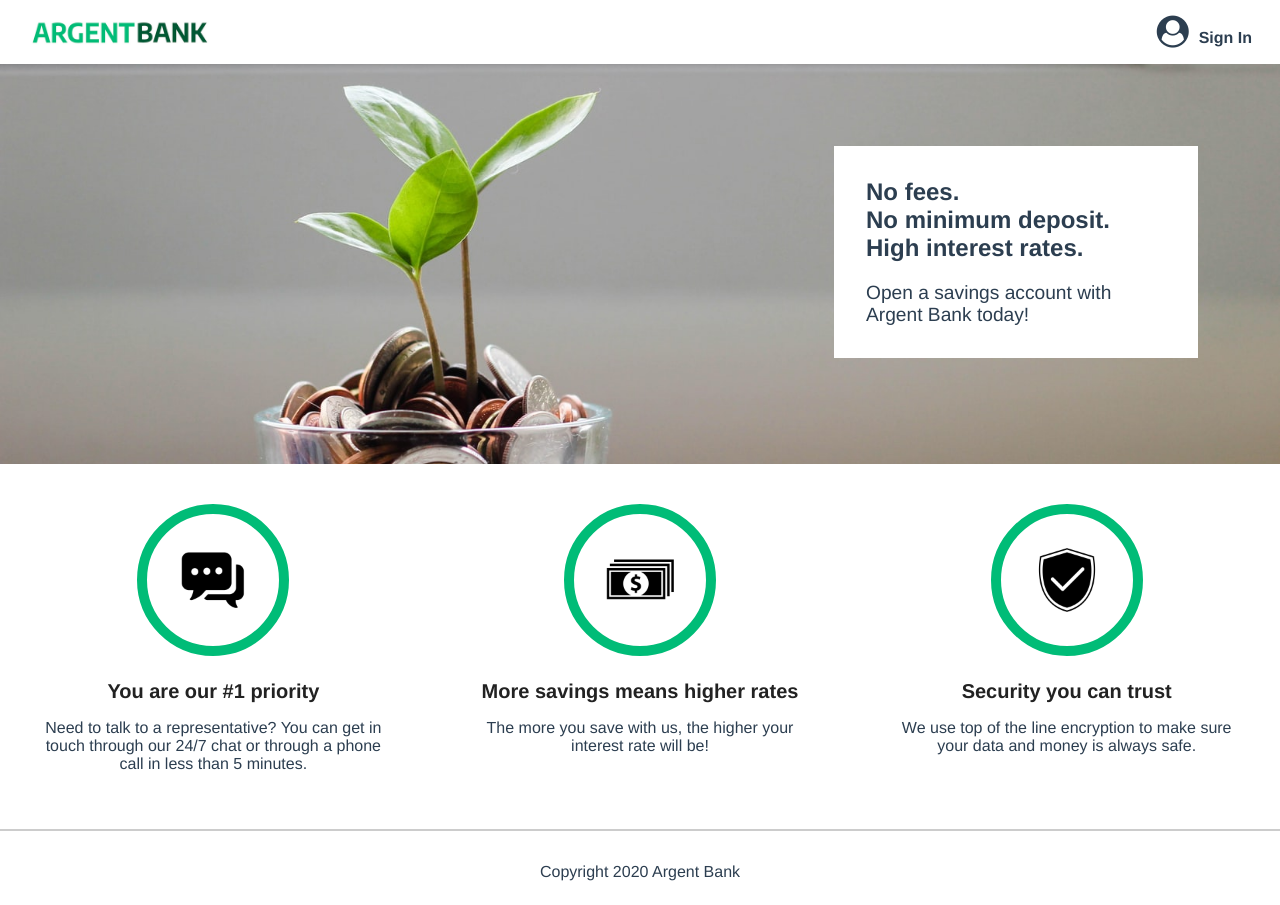
Repository: Dimple3377/ArgentBank-website
Page: / (app in banking-app/)
The author's editor kept a copy of each file at every save. The page is drawn from the files as they stood at one save, then again after the next save.
The browser window is 1280 px wide. The pictures show the whole page.
The project was rebuilt for these pictures with package versions that can differ from the ones it lists, and the page was loaded fresh each time. Also part of the build but not shown: banking-app/src/components/LoginForm.jsx, banking-app/src/pages/SignInPage.jsx, banking-app/src/pages/UserPage.jsx, banking-app/src/components/EditNameForm.jsx, banking-app/src/pages/EditUserPage.jsx.

Above is the page before, as saved 2024-05-26 19:50:07.

### banking-app/src/index.jsx
import React from "react";
import ReactDOM from "react-dom/client";
import "./main.css";
import App from "./App";
import { Provider } from "react-redux";
import store from "./store";

const root = ReactDOM.createRoot(document.getElementById("root"));
root.render(
  <React.StrictMode>
    <Provider store={store}>
      <App />
    </Provider>
  </React.StrictMode>
);

### banking-app/src/main.css
html {
  font-family: Avenir, Helvetica, Arial, sans-serif;
  -webkit-font-smoothing: antialiased;
  -moz-osx-font-smoothing: grayscale;
  text-align: center;
  color: #2c3e50;
}

body {
  margin: 0;
  display: flex;
  flex-direction: column;
  min-height: 100vh;
}

.main {
  flex: 1;
}

.bg-dark {
  background-color: #12002b;
}

.sr-only {
  border: 0 !important;
  clip: rect(1px, 1px, 1px, 1px) !important;
  -webkit-clip-path: inset(50%) !important;
  clip-path: inset(50%) !important;
  height: 1px !important;
  margin: -1px !important;
  overflow: hidden !important;
  padding: 0 !important;
  position: absolute !important;
  width: 1px !important;
  white-space: nowrap !important;
}

.main-nav {
  display: flex;
  justify-content: space-between;
  align-items: center;
  padding: 5px 20px;
}

.main-nav a {
  font-weight: bold;
  color: #2c3e50;
}

.main-nav a.router-link-exact-active {
  color: #42b983;
}

.main-nav-item {
  text-decoration: none;
  margin-right: 0.5rem;
}

.main-nav-item:hover {
  text-decoration: underline;
}

.main-nav-logo {
  display: flex;
  align-items: center;
}

.main-nav-logo-image {
  max-width: 100%;
  width: 200px;
}

.hero {
  background-image: url("../src/assets/img/bank-tree.jpeg");
  background-position: 0 -50px;
  background-size: cover;
  background-repeat: no-repeat;
  height: 300px;
  position: relative;
}

.hero-content {
  position: relative;
  top: 2rem;
  width: 200px;
  background: white;
  padding: 2rem;
  text-align: left;
  margin: 0 auto;
}

.hero-content .subtitle {
  font-weight: bold;
  font-size: 1rem;
  margin: 0;
}

.hero-content .text {
  margin-bottom: 0;
  font-size: 0.9rem;
}

@media (min-width: 920px) {
  .hero {
    height: 400px;
    background-position: 0% 33%;
  }

  .hero-content {
    position: absolute;
    top: 50px;
    right: 50px;
    width: 300px;
    margin: 2rem;
  }

  .hero-content .subtitle {
    font-size: 1.5rem;
  }

  .hero-content .text {
    font-size: 1.2rem;
  }
}

.features {
  display: flex;
  flex-direction: column;
}

@media (min-width: 920px) {
  .features {
    flex-direction: row;
  }
}

.feature-icon {
  width: 100px;
  border: 10px solid #00bc77;
  border-radius: 50%;
  padding: 1rem;
}

.feature-item {
  flex: 1;
  padding: 2.5rem;
}

.feature-item-title {
  color: #222;
  font-size: 1.25rem;
  font-weight: bold;
  margin-bottom: 0.5rem;
}

.sign-in-button {
  display: block;
  width: 100%;
  padding: 8px;
  font-size: 1.1rem;
  font-weight: bold;
  margin-top: 1rem;
  border-color: #00bc77;
  background-color: #00bc77;
  color: #fff;
}

.sign-in-content {
  box-sizing: border-box;
  background-color: white;
  width: 300px;
  margin: 0 auto;
  margin-top: 3rem;
  padding: 2rem;
}

.sign-in-icon {
  font-size: 5rem;
}

.input-remember {
  display: flex;
}

.input-remember label {
  margin-left: 0.25rem;
}

.input-wrapper {
  display: flex;
  flex-direction: column;
  text-align: left;
  margin-bottom: 1rem;
}

.input-wrapper label {
  font-weight: bold;
}

.input-wrapper input {
  padding: 5px;
  font-size: 1.2rem;
}

.footer {
  display: flex;
  justify-content: center;
  border-top: 2px solid #ccc;
  padding: 2rem 0 1.5rem;
}

.footer-text {
  margin: 0;
  padding: 0;
}

.account {
  display: flex;
  justify-content: space-between;
  align-items: center;
  border: 1px solid black;
  background-color: #fff;
  width: 80%;
  margin: 0 auto;
  flex-direction: column;
  padding: 1.5rem;
  box-sizing: border-box;
  text-align: left;
  margin-bottom: 2rem;
}

.account-amount {
  margin: 0;
  font-size: 2.5rem;
  font-weight: bold;
}

.account-amount-description {
  margin: 0;
}

.account-title {
  margin: 0;
  padding: 0;
  font-size: 1rem;
  font-weight: normal;
}

.account-content-wrapper {
  width: 100%;
  flex: 1;
}

.edit-button {
  border-color: #00bc77;
  background-color: #00bc77;
  color: #fff;
  font-weight: bold;
  padding: 10px;
}

.header {
  color: #fff;
  margin-bottom: 2rem;
}

.transaction-button {
  display: block;
  width: 100%;
  padding: 8px;
  font-size: 1.1rem;
  font-weight: bold;
  margin-top: 1rem;
  border-color: #00bc77;
  background-color: #00bc77;
  color: #fff;
}

@media (min-width: 720px) {
  .account {
    flex-direction: row;
  }

  .account-content-wrapper.cta {
    flex: 0;
  }

  .transaction-button {
    width: 200px;
  }
}

### banking-app/src/App.jsx
import React from "react";
import { BrowserRouter as Router, Route, Routes } from "react-router-dom";
import HomePage from "./pages/HomePage";
import SignInPage from "./pages/SignInPage";
import UserPage from "./pages/UserPage";
import EditUserPage from "./pages/EditUserPage";
import "./main.css";

function App() {
  return (
    <Router>
      <Routes>
        <Route path="/" element={<HomePage />} />
        <Route path="/sign-in" element={<SignInPage />} />
        <Route path="/user" element={<UserPage />} />
        <Route path="/edit-user" element={<EditUserPage />} />
      </Routes>
    </Router>
  );
}

export default App;

### banking-app/src/store/index.jsx
import { configureStore } from "@reduxjs/toolkit";
import userReducer from "./userSlice";

export const store = configureStore({
  reducer: {
    user: userReducer,
    devTools: process.env.NODE_ENV !== "production",
  },
});

export default store;

### banking-app/src/pages/HomePage.jsx
import React from "react";
import Header from "../components/Header";
import Hero from "../components/Hero";
import Feature from "../components/Feature";
import Footer from "../components/Footer";
import chatIcon from "../assets/img/icon-chat.png";
import moneyIcon from "../assets/img/icon-money.png";
import securityIcon from "../assets/img/icon-security.png";

const HomePage = () => {
  return (
    <>
      <Header />
      <main>
        <Hero />
        <section className="features">
          <h2 className="sr-only">Features</h2>
          <Feature icon={chatIcon} title="You are our #1 priority">
            Need to talk to a representative? You can get in touch through our
            24/7 chat or through a phone call in less than 5 minutes.
          </Feature>
          <Feature icon={moneyIcon} title="More savings means higher rates">
            The more you save with us, the higher your interest rate will be!
          </Feature>
          <Feature icon={securityIcon} title="Security you can trust">
            We use top of the line encryption to make sure your data and money
            is always safe.
          </Feature>
        </section>
      </main>
      <Footer />
    </>
  );
};

export default HomePage;

### banking-app/src/store/userSlice.jsx
import { createSlice, createAsyncThunk } from "@reduxjs/toolkit";
import axios from "axios";

const initialState = {
  user: null,
  token: null,
  status: "idle",
  error: null,
};

// Thunk pour la connexion de l'utilisateur
export const loginUser = createAsyncThunk("user/login", async (credentials) => {
  const response = await axios.post(
    "http://localhost:3001/api/v1/user/login",
    credentials
  );
  console.log("Réponse de l'API login:", response.data); // Log de la réponse de l'API
  return response.data.body; // On suppose que body contient user et token
});

// Thunk pour la mise à jour du profil utilisateur
export const updateUser = createAsyncThunk(
  "user/update",
  async (userData, { getState }) => {
    const state = getState();
    const token = state.user.token; // Récupération du token dans le state
    const response = await axios.put(
      "http://localhost:3001/api/v1/user/profile",
      userData,
      {
        headers: {
          Authorization: `Bearer ${token}`,
        },
      }
    );
    console.log("Réponse de l'API updateUser:", response.data); // Log de la réponse de l'API
    return response.data.body;
  }
);

// Thunk pour récupérer le profil utilisateur
export const fetchUserProfile = createAsyncThunk(
  "user/fetchProfile",
  async (_, { getState }) => {
    const state = getState();
    const token = state.user.token;
    console.log("Token utilisé pour fetchUserProfile:", token); // Log du token
    const response = await axios.get(
      "http://localhost:3001/api/v1/user/profile",
      {
        headers: {
          Authorization: `Bearer ${token}`,
        },
      }
    );
    console.log("Réponse de l'API fetchUserProfile:", response.data); // Log de la réponse de l'API
    return response.data.body;
  }
);

const userSlice = createSlice({
  name: "user",
  initialState,
  reducers: {
    logout: (state) => {
      state.user = null;
      state.token = null; // Réinitialisation du token
      state.status = "idle";
      state.error = null;
    },
  },
  extraReducers: (builder) => {
    builder
      .addCase(loginUser.pending, (state) => {
        state.status = "loading";
      })
      .addCase(loginUser.fulfilled, (state, action) => {
        state.status = "succeeded";
        console.log("Payload reçu de loginUser:", action.payload); // Log du payload reçu
        state.user = action.payload.user; // Stockage de l'utilisateur
        state.token = action.payload.token; // Stockage du token
        state.error = null;
      })
      .addCase(loginUser.rejected, (state, action) => {
        state.status = "failed";
        state.error = action.error.message;
      })
      .addCase(updateUser.pending, (state) => {
        state.status = "loading";
      })
      .addCase(updateUser.fulfilled, (state, action) => {
        state.status = "succeeded";
        state.user = { ...state.user, ...action.payload };
        state.error = null;
      })
      .addCase(updateUser.rejected, (state, action) => {
        state.status = "failed";
        state.error = action.error.message;
      })
      .addCase(fetchUserProfile.pending, (state) => {
        state.status = "loading";
      })
      .addCase(fetchUserProfile.fulfilled, (state, action) => {
        state.status = "succeeded";
        state.user = action.payload;
        state.error = null;
      })
      .addCase(fetchUserProfile.rejected, (state, action) => {
        state.status = "failed";
        state.error = action.error.message;
      });
  },
});

export const { logout } = userSlice.actions;

export default userSlice.reducer;

### banking-app/src/components/Header.jsx
import React from "react";
import { Link, useLocation } from "react-router-dom";
import { useSelector, useDispatch } from "react-redux";
import { logout } from "../store/userSlice";
import logo from "../assets/img/argentBankLogo.png";
import "font-awesome/css/font-awesome.min.css";

const Header = () => {
  const dispatch = useDispatch();
  const { user } = useSelector((state) => state.user);
  const location = useLocation();

  const handleLogout = () => {
    dispatch(logout());
  };

  return (
    <nav className="main-nav">
      <Link className="main-nav-logo" to="/">
        <img
          className="main-nav-logo-image"
          src={logo}
          alt="Argent Bank Logo"
        />
        <h1 className="sr-only">Argent Bank</h1>
      </Link>
      <div>
        {location.pathname === "/edit-user" ? (
          <>
            {/* Ajoutez ici les icônes spécifiques à EditUserPage */}
            <span>{user?.userName}</span>
            <i className="fa fa-user-circle"></i>
            <i className="fa fa-cog"></i>
            <i className="fa fa-power-off" onClick={handleLogout}></i>
          </>
        ) : user ? (
          <>
            <Link className="main-nav-item" to="/user">
              <i className="fa fa-user-circle"></i>
              {user.userName}
            </Link>
            <Link className="main-nav-item" to="/" onClick={handleLogout}>
              <i className="fa fa-sign-out"></i>
              Sign Out
            </Link>
          </>
        ) : (
          <Link className="main-nav-item" to="/sign-in">
            <i className="fa fa-user-circle"></i>
            Sign In
          </Link>
        )}
      </div>
    </nav>
  );
};

export default Header;

### banking-app/src/components/Hero.jsx
import React from "react";
import heroImage from "../assets/img/bank-tree.jpeg";

const Hero = () => {
  return (
    <div className="hero" style={{ backgroundImage: `url(${heroImage})` }}>
      <section className="hero-content">
        <h2 className="sr-only">Promoted Content</h2>
        <p className="subtitle">No fees.</p>
        <p className="subtitle">No minimum deposit.</p>
        <p className="subtitle">High interest rates.</p>
        <p className="text">Open a savings account with Argent Bank today!</p>
      </section>
    </div>
  );
};

export default Hero;

### banking-app/src/components/Feature.jsx
import React from "react";

const Feature = ({ icon, title, children }) => {
  return (
    <div className="feature-item">
      <img src={icon} alt={`${title} Icon`} className="feature-icon" />
      <h3 className="feature-item-title">{title}</h3>
      <p>{children}</p>
    </div>
  );
};

export default Feature;

### banking-app/src/components/Footer.jsx
import React from "react";

const Footer = () => {
  return (
    <footer className="footer">
      <p className="footer-text">Copyright 2020 Argent Bank</p>
    </footer>
  );
};

export default Footer;

### banking-app/src/pages/EditUserPage.css
/* Agrandir les icônes */
.fa {
  font-size: 2em;
  margin-right: 10px;
}

/* Ajouter de l'espace entre les boutons */
.edit-button {
  margin-right: 10px;
  margin-bottom: 10px;
}

.edit-user-main {
  display: flex;
  flex-direction: column;
  align-items: center;
  padding: 20px;
}

.edit-user-header {
  text-align: center;
  margin-bottom: 20px;
}

.input-wrapper {
  margin-bottom: 15px;
  display: flex;
  align-items: center;
}

.input-wrapper label {
  margin-right: 10px;
  width: 100px;
  text-align: right;
  font-size: 16px;
  font-weight: bold;
}

.input-wrapper input {
  width: 200px;
  padding: 10px;
  font-size: 16px;
  border: 1px solid #ccc;
  border-radius: 4px;
}

.form-buttons {
  display: flex;
  justify-content: space-between;
  width: 100%;
  max-width: 320px;
  margin-top: 20px;
}

.edit-button {
  padding: 10px 20px;
  font-size: 16px;
  background-color: #00bc77;
  color: white;
  border: none;
  border-radius: 4px;
  cursor: pointer;
}

.edit-button:hover {
  background-color: #00a566;
}

Loaded but not shown: banking-app/public/index.html (common file)

After the next save:
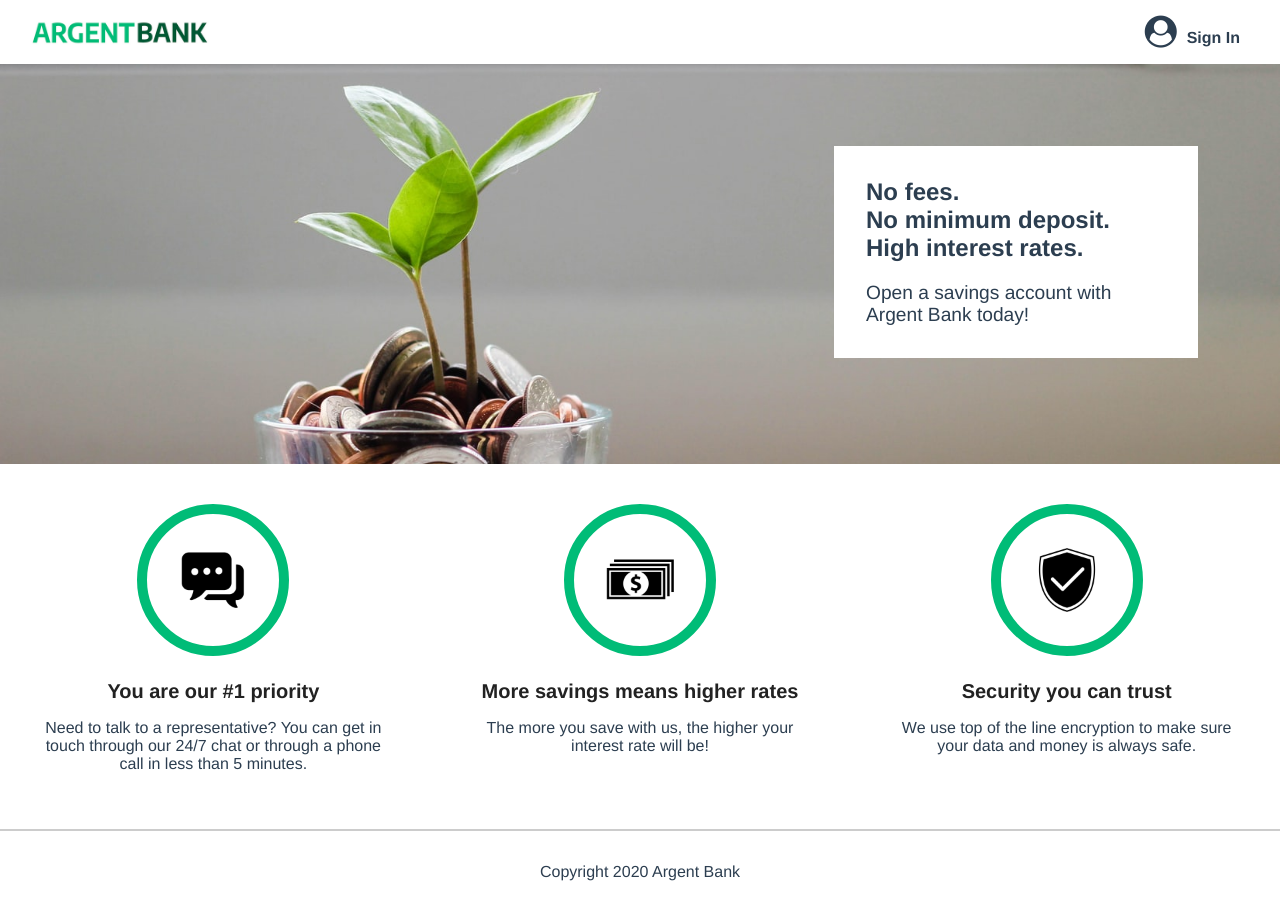
Saved 54 s later.
--- a/banking-app/src/pages/EditUserPage.css
+++ b/banking-app/src/pages/EditUserPage.css
@@ -3,7 +3,14 @@
   font-size: 2em;
   margin-right: 10px;
 }
+.main-nav .main-nav-item {
+  margin-right: 20px; /* Espace entre les icônes */
+}
 
+.main-nav .username {
+  margin-right: 10px; /* Espace entre le nom d'utilisateur et les icônes */
+  font-size: 18px;
+}
 /* Ajouter de l'espace entre les boutons */
 .edit-button {
   margin-right: 10px;
